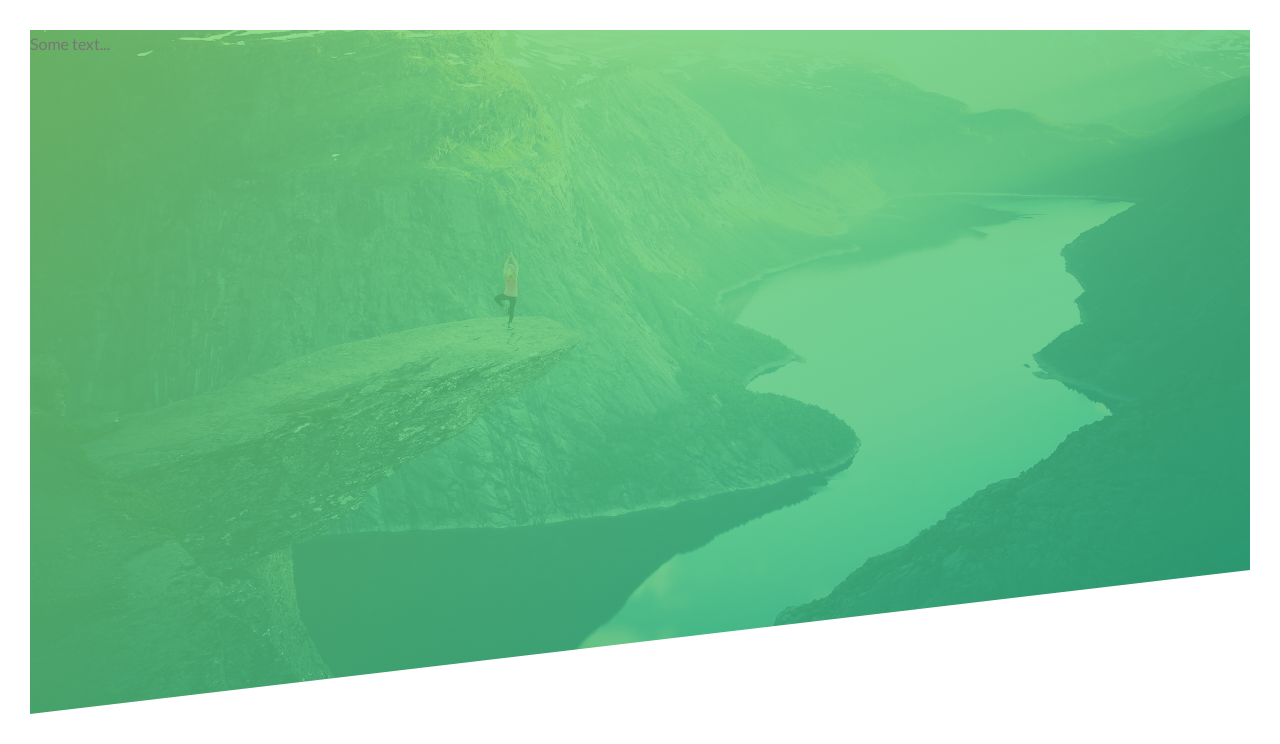
Repository: kamilluc/advanced-css-course
Page: Natours/my-implementation/index.html
These files come from the project's save history. The page is drawn as it stood at one moment and after the next save; the edit follows.
The browser window is 1280 px wide. The pictures show the whole page.

Above is the page before, as saved 2019-05-24 21:08:07.

### Natours/my-implementation/index.html
<!DOCTYPE html>
<html lang="en">
  <head>
    <meta charset="UTF-8" />
    <meta name="viewport" content="width=device-width, initial-scale=1.0" />

    <link
      href="https://fonts.googleapis.com/css?family=Lato:100,300,400,700,900"
      rel="stylesheet"
    />

    <link rel="stylesheet" href="css/icon-font.css" />
    <link rel="stylesheet" href="css/style.css" />
    <link rel="shortcut icon" type="image/png" href="img/favicon.png" />

    <title>Natours | Exciting tours for adventurous people</title>
  </head>
  <body>
    <!-- HEADER -->
    <header class="header">
      Some text...
    </header>
  </body>
</html>

### Natours/my-implementation/css/style.css
/*
COLORS:

Light green: #7ed56f
Medium green: #55c57a
Dark green: #28b485

*/

/* BASIC RESET, NORMALIZE COULD BE USED BUT NOT REALLY NEEDED */
*,
::before,
::after {
  margin: 0;
  padding: 0;
  box-sizing: border-box;
}

/* FONTS SETTING HERE, NOT IN * CUZ THEY ARE INHERITED */
body {
  font-family: "Lato", sans-serif;
  font-weight: 400;
  font-size: 16px;
  line-height: 1.7;
  color: #777;
  padding: 30px;
}

.header {
  height: 95vh;
  background-image: linear-gradient(
      to right bottom,
      rgba(126, 213, 111, 0.8),
      rgba(40, 180, 131, 0.8)
    ),
    url("../img/hero.jpg");
  background-size: cover;
  background-position: top;
  clip-path: polygon(0 0, 100% 0, 100% 75vh, 0 100%);
  -webkit-backface-visibility: hidden;
}

Loaded but not shown: Natours/my-implementation/css/icon-font.css (no copy from this time; the picture is the same without it)

After the next save:
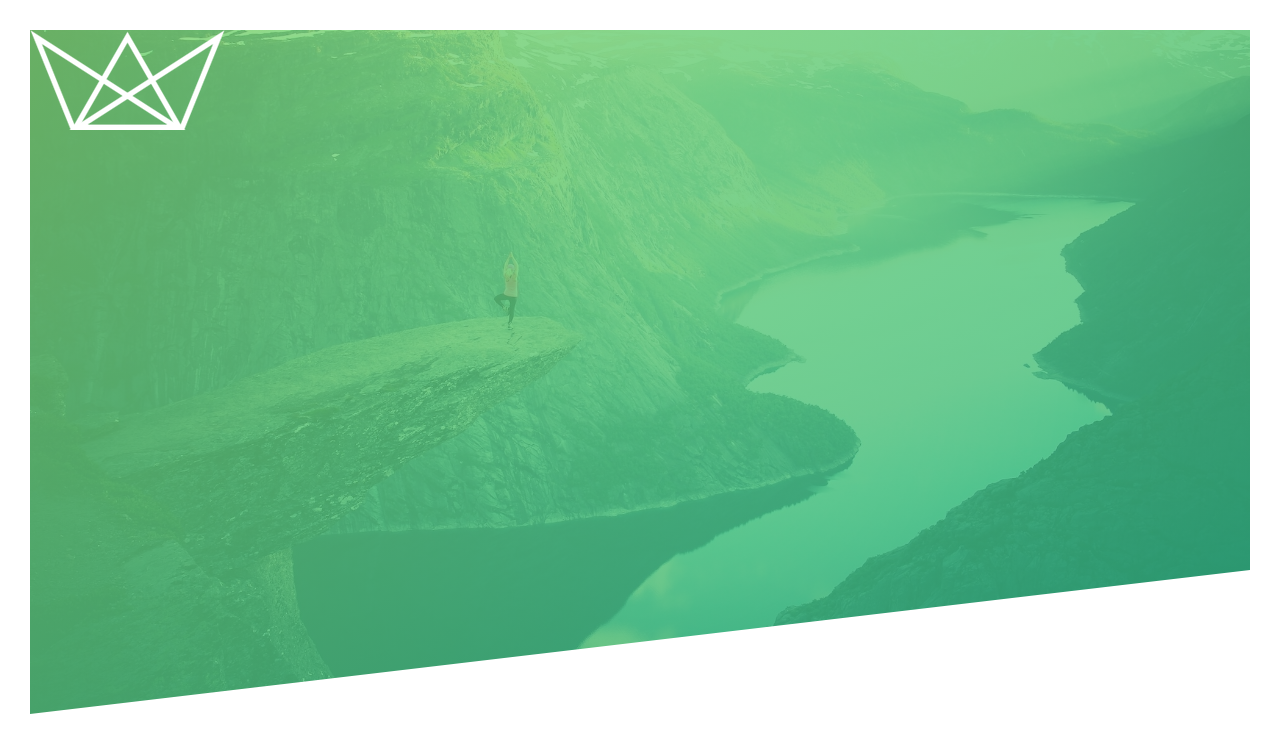
Saved 3 min 59 s later.
--- a/Natours/my-implementation/index.html
+++ b/Natours/my-implementation/index.html
@@ -18,7 +18,9 @@
   <body>
     <!-- HEADER -->
     <header class="header">
-      Some text...
+      <div class="logo-box">
+        <img src="img/logo-white.png" alt="logo" class="logo" />
+      </div>
     </header>
   </body>
 </html>
